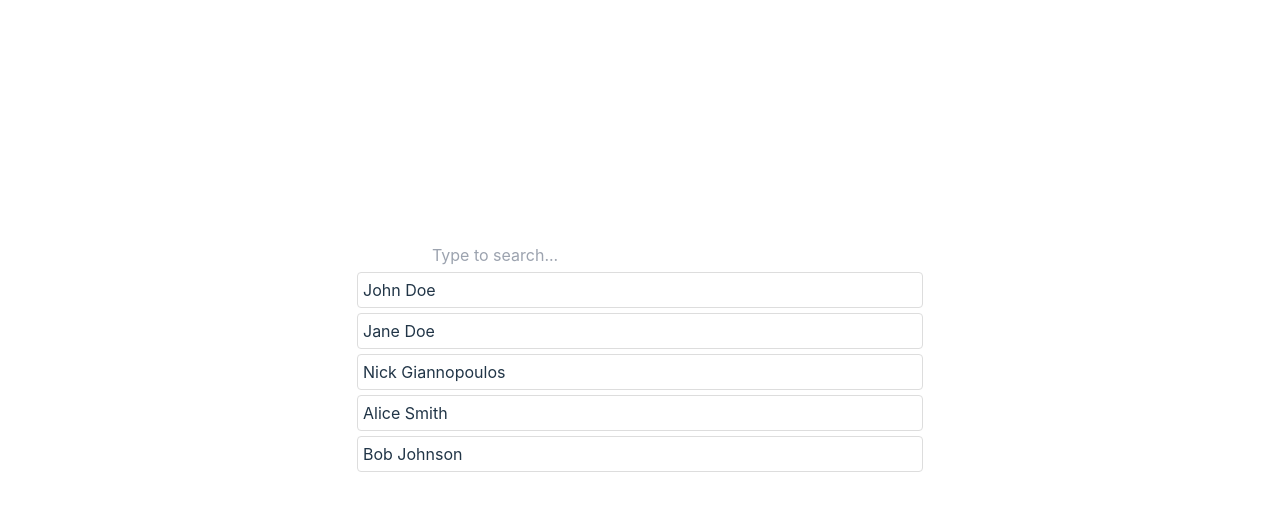
Repository: Ayansaxena24/Chip
Page: /
The author's editor kept a copy of each file at every save. The page is drawn from the files as they stood at one save, then again after the next save.
The browser window is 1280 px wide. The pictures show the whole page.
Some web libraries are served in a nearby version. The project was rebuilt for these pictures with package versions that can differ from the ones it lists, and the page was loaded fresh each time. Also part of the build but not shown: vite.config.ts.

Above is the page before, as saved 2024-01-16 03:24:14.

### index.html
<!doctype html>
<html lang="en">
  <head>
    <meta charset="UTF-8" />
    <link rel="icon" type="image/svg+xml" href="/vite.svg" />
    <meta name="viewport" content="width=device-width, initial-scale=1.0" />
    <script src="https://cdn.tailwindcss.com"></script>    <title>Vite + React + TS</title>
  </head>
  <body>
    <div id="root"></div>
    <script type="module" src="/src/main.tsx"></script>
  </body>
</html>

### src/App.tsx
import { BrowserRouter as Router, Routes, Route } from 'react-router-dom'
import ChipInput from './chipInput'

const App = () => {
  return (
    <Router>
      <Routes>
      <Route path="/" element={<ChipInput />} />
      </Routes>
    </Router>
  )
}

export default App

### src/ChipInput.tsx
// ChipInput.tsx

import React, {
  useState,
  useRef,
  useEffect,
  KeyboardEvent,
  ChangeEvent,
} from "react";
import "./ChipInput.css"; // Import your CSS file (e.g., TailwindCss/SCSS)

interface Chip {
  id: number;
  label: string;
}

const ChipInput: React.FC = () => {
  const [inputValue, setInputValue] = useState<string>("");
  const [chips, setChips] = useState<Chip[]>([]);
  const [filteredItems, setFilteredItems] = useState<string[]>([]);
  const inputRef = useRef<HTMLInputElement>(null);

  const items = [
    "John Doe",
    "Jane Doe",
    "Nick Giannopoulos",
    "Alice Smith",
    "Bob Johnson",
  ];

  useEffect(() => {
    setFilteredItems(
      items.filter((item) => !chips.find((chip) => chip.label === item))
    );
  }, [chips]);

  const handleInputChange = (e: ChangeEvent<HTMLInputElement>) => {
    const value = e.target.value;
    setInputValue(value);

    if (value.trim() === "" && chips.length > 0) {
      highlightLastChip();
    } else {
      setFilteredItems(
        items.filter((item) => item.toLowerCase().includes(value.toLowerCase()))
      );
    }
  };

  const handleChipClick = (item: string) => {
    setChips((prevChips) => [...prevChips, { id: Date.now(), label: item }]);
    setInputValue("");
  };

  const handleChipRemove = (id: number) => {
    setChips((prevChips) => prevChips.filter((chip) => chip.id !== id));
  };

  const handleInputKeyDown = (e: KeyboardEvent<HTMLInputElement>) => {
    if (e.key === "Backspace" && inputValue === "" && chips.length > 0) {
      e.preventDefault();
      const lastChip = chips[chips.length - 1];
      handleChipRemove(lastChip.id);
    }
  };

  const highlightLastChip = () => {
    const lastChip = document.querySelector(".chip:last-child");
    if (lastChip) {
      lastChip.classList.add("highlighted");
    }
  };

  return (
    <div className="w-screen flex justify-center items-center">
      <div className="flex flex-col w-[80vh]">
        <div className="flex flex-wrap">
          {chips.map((chip) => (
            <div
              key={chip.id}
              className="bg-[#037bfc] text-white rounded-md m-[5px] pr-[30px] pl-[10px] py-[12px] cursor-pointer flex items-center relative"
              onClick={() => handleChipRemove(chip.id)}
            >
              {chip.label}
              <span className="hover:border-white hover:bg-red-600 hover:border-2 hover:rounded-md px-1 mx-2 absolute right-0">X</span>
            </div>
          ))}
          <input
            ref={inputRef}
            type="text"
            value={inputValue}
            onChange={handleInputChange}
            onKeyDown={handleInputKeyDown}
            placeholder="Type to search..."
            className="rounded-md px-20"
          />
        </div>
        <ul className="item-list">
          {filteredItems.map((item) => (
            <li key={item} onClick={() => handleChipClick(item)}>
              {item}
            </li>
          ))}
        </ul>
      </div>
    </div>
  );
};

export default ChipInput;

### src/ChipInput.css
/* ChipInput.css */

  .highlighted {
    background-color: #ffcc00;
  }

  .item-list {
    list-style: none;
    padding: 0;
    margin: 0;
  }

  .item-list li {
    cursor: pointer;
    padding: 5px;
    margin: 5px;
    border: 1px solid #ddd;
    border-radius: 4px;
  }

  .item-list li:hover {
    background-color: #f0f0f0;
  }

Loaded but not shown: src/main.tsx (common file); src/index.css (common file)

After the next save:
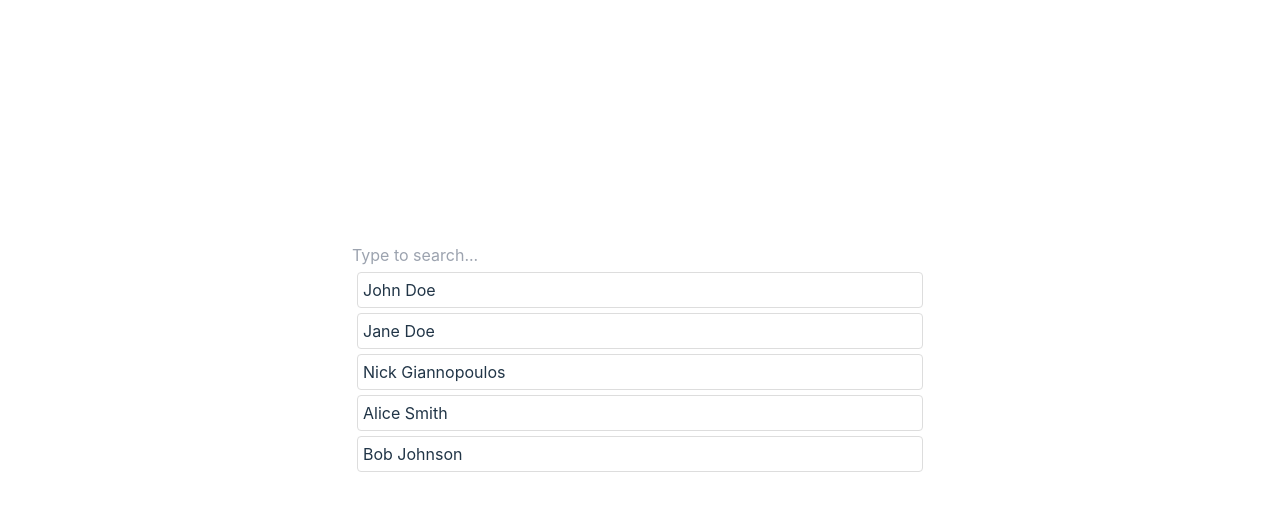
Saved 4 s later.
--- a/src/ChipInput.tsx
+++ b/src/ChipInput.tsx
@@ -92,7 +92,7 @@ const ChipInput: React.FC = () => {
             onChange={handleInputChange}
             onKeyDown={handleInputKeyDown}
             placeholder="Type to search..."
-            className="rounded-md px-20"
+            className="rounded-md px-"
           />
         </div>
         <ul className="item-list">
